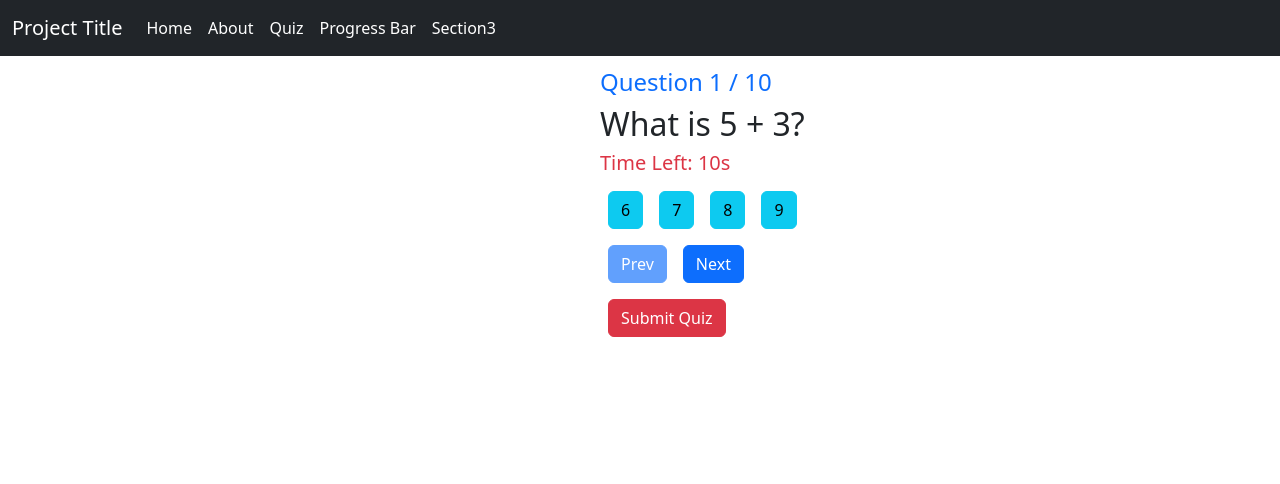
Repository: rahul-chakradhari/devquest
Page: /quiz (app in project/)
An editor plug-in stored every save of this project. The page is shown before and after the next save, followed by the edit.
The browser window is 1280 px wide. The pictures show the whole page.
The project was rebuilt for these pictures with package versions that can differ from the ones it lists, and the page was loaded fresh each time. Also part of the build but not shown: project/vite.config.js, project/src/components/Home.jsx, project/src/components/About.jsx, project/src/components/Section3.jsx, project/src/index.css.

Above is the page before, as saved 2025-02-23 15:48:02.

### project/index.html
<!DOCTYPE html>
<html lang="en">
  <head>
    <meta charset="UTF-8" />
    <link rel="icon" type="image/svg+xml" href="/vite.svg" />
    <meta name="viewport" content="width=device-width, initial-scale=1.0" />
    <title>Project</title>
    <link
      href="https://cdn.jsdelivr.net/npm/bootstrap@5.3.3/dist/css/bootstrap.min.css"
      rel="stylesheet"
      integrity="sha384-QWTKZyjpPEjISv5WaRU9OFeRpok6YctnYmDr5pNlyT2bRjXh0JMhjY6hW+ALEwIH"
      crossorigin="anonymous"
    />
  </head>
  <body>
    <div id="root"></div>
    <script type="module" src="/src/main.jsx"></script>
    <script
      src="https://cdn.jsdelivr.net/npm/bootstrap@5.3.3/dist/js/bootstrap.bundle.min.js"
      integrity="sha384-YvpcrYf0tY3lHB60NNkmXc5s9fDVZLESaAA55NDzOxhy9GkcIdslK1eN7N6jIeHz"
      crossorigin="anonymous"
    ></script>
  </body>
</html>

### project/src/App.jsx
import { useState } from "react";
import "./App.css";
import React from "react";
import { BrowserRouter as Router, Routes, Route } from "react-router-dom";
import Navbar from "./components/Navbar";
import Home from "./components/Home";
import About from "./components/About";
import Section3 from "./components/Section3";
import Quiz from "./components/Quiz";
import ProgressBar from "./components/ProgressBar";

function App() {
  const [count, setCount] = useState(0);

  return (
    <>
      <Router>
        <Navbar />
        <Routes>
          <Route path="/about" element={<About />} />
          <Route path="/" element={<Home />} />
          <Route path="/quiz" element={<Quiz />} />
          <Route path="/bar" element={<ProgressBar />} />
          <Route path="/section3" element={<Section3 />} />
        </Routes>
      </Router>
    </>
  );
}

export default App;

### project/src/App.css
.right {
  width: 900px;
  height: 400px;
}
.stl,
.welcome {
  margin-left: 600px;
}
.left {
  font-size: 12px; /* Overall text size kam hoga */
}

.welcome {
  font-size: 18px; /* Heading ke liye */
}

.stl {
  font-size: 12px; /* Description text ke liye */
}
.welcome {
  margin-top: 2px;
}

.quiz-container {
  margin-left: 600px;
  margin-top: 12px;
}
.about {
  margin-left: 12px;
  margin-top: 12px;
}

### project/src/components/Navbar.jsx
import React from "react";
import { Link, useNavigate } from "react-router-dom";

const Navbar = () => {
  const navigate = useNavigate();
  const isLoggedIn = localStorage.getItem("token"); // Check if token exists

  const handleLogout = () => {
    localStorage.removeItem("token");
    navigate("/login");
  };

  return (
    <div>
      <nav className="navbar navbar-expand-lg navbar-dark bg-dark">
        <div className="container-fluid">
          <a className="navbar-brand" href="#">
            Project Title
          </a>
          <button
            className="navbar-toggler"
            type="button"
            data-bs-toggle="collapse"
            data-bs-target="#navbarSupportedContent"
            aria-controls="navbarSupportedContent"
            aria-expanded="false"
            aria-label="Toggle navigation"
          >
            <span className="navbar-toggler-icon"></span>
          </button>
          <div className="collapse navbar-collapse" id="navbarSupportedContent">
            <ul className="navbar-nav me-auto mb-2 mb-lg-0">
              <li className="nav-item">
                <Link className="nav-link active" aria-current="page" to="/">
                  Home
                </Link>
              </li>
              <li className="nav-item">
                <Link
                  className="nav-link active"
                  aria-current="page"
                  to="/about"
                >
                  About
                </Link>
              </li>
              <li className="nav-item">
                <Link
                  className="nav-link active"
                  aria-current="page"
                  to="/quiz"
                >
                  Quiz
                </Link>
              </li>
              <li className="nav-item">
                <Link className="nav-link active" aria-current="page" to="/bar">
                  Progress Bar
                </Link>
              </li>
              <li className="nav-item">
                <Link
                  className="nav-link active"
                  aria-current="page"
                  to="/section3"
                >
                  Section3
                </Link>
              </li>
            </ul>
          </div>
        </div>
      </nav>
    </div>
  );
};

export default Navbar;

### project/src/components/Quiz.jsx
import React, { useState, useEffect } from "react";
import ProgressBar from "./ProgressBar";
const questions = [
  { question: "What is 5 + 3?", options: ["6", "7", "8", "9"], answer: "8" },
  { question: "What is 12 - 4?", options: ["6", "7", "8", "9"], answer: "8" },
  {
    question: "Solve: (2 + 3) × 4",
    options: ["20", "10", "25", "30"],
    answer: "20",
  },
  { question: "What is 9 ÷ 3?", options: ["1", "3", "9", "6"], answer: "3" },
  {
    question: "Solve: 15 - (4 + 3)",
    options: ["6", "8", "9", "12"],
    answer: "8",
  },
  {
    question: "What is 7 × 2?",
    options: ["10", "12", "14", "16"],
    answer: "14",
  },
  {
    question: "Solve: (8 + 2) ÷ 2",
    options: ["2", "4", "5", "6"],
    answer: "5",
  },
  {
    question: "What is 4 × 3 - 2?",
    options: ["10", "11", "12", "14"],
    answer: "10",
  },
  { question: "Solve: 6 + 4 ÷ 2", options: ["3", "5", "8", "10"], answer: "8" },
  { question: "What is 3²?", options: ["6", "9", "12", "15"], answer: "9" },
];

const Quiz = () => {
  const [currentQuestion, setCurrentQuestion] = useState(0);
  const [selectedAnswers, setSelectedAnswers] = useState({});
  const [timeLeft, setTimeLeft] = useState(10);
  const [score, setScore] = useState(null);
  const [showFeedback, setShowFeedback] = useState(false);

  useEffect(() => {
    if (timeLeft === 0) {
      handleNext();
      return;
    }
    const timer = setTimeout(() => setTimeLeft(timeLeft - 1), 1000);
    return () => clearTimeout(timer);
  }, [timeLeft]);

  useEffect(() => {
    setTimeLeft(15);
  }, [currentQuestion]);

  const handleNext = () => {
    if (currentQuestion < questions.length - 1) {
      setCurrentQuestion(currentQuestion + 1);
    }
  };

  const handlePrev = () => {
    if (currentQuestion > 0) {
      setCurrentQuestion(currentQuestion - 1);
    }
  };

  const handleAnswerClick = (option) => {
    setSelectedAnswers({
      ...selectedAnswers,
      [currentQuestion]: option,
    });
  };

  const handleSubmit = () => {
    let calculatedScore = 0;
    questions.forEach((q, index) => {
      if (selectedAnswers[index] === q.answer) {
        calculatedScore += 1;
      }
    });

    setScore(calculatedScore);
    setShowFeedback(true);
  };

  const getFeedback = () => {
    if (score >= 8)
      return { message: "🎉 Excellent! Keep it up!", color: "text-success" };
    if (score >= 5)
      return {
        message: "🙂 Average scorer! You can do better!",
        color: "text-warning",
      };
    return {
      message: "😟 Low grade! Please improve yourself.",
      color: "text-danger",
    };
  };

  return (
    <div className="quiz-container ">
      {score === null ? (
        <>
          <h4 className="text-primary">
            Question {currentQuestion + 1} / {questions.length}
          </h4>
          <h2>{questions[currentQuestion].question}</h2>
          <h5 className="text-danger">Time Left: {timeLeft}s</h5>

          <div className="options mt-3">
            {questions[currentQuestion].options.map((option, index) => {
              const isSelected = selectedAnswers[currentQuestion] === option;
              return (
                <button
                  key={index}
                  type="button"
                  className={`btn ${
                    isSelected ? "btn-success" : "btn-info"
                  } mx-2`}
                  onClick={() => handleAnswerClick(option)}
                >
                  {option}
                </button>
              );
            })}
          </div>

          {/* Navigation Buttons */}
          <div className="quiz-controls mt-3">
            <button
              type="button"
              className="btn btn-primary mx-2"
              onClick={handlePrev}
              disabled={currentQuestion === 0}
            >
              Prev
            </button>

            {/* Next Button - Hidden on Last Question */}
            {currentQuestion < questions.length - 1 && (
              <button
                type="button"
                className="btn btn-primary mx-2"
                onClick={handleNext}
              >
                Next
              </button>
            )}
          </div>

          {/* Always Available Submit Button */}
          <div className="submit-section mt-3">
            <button
              type="button"
              className="btn btn-danger mx-2"
              onClick={handleSubmit}
            >
              Submit Quiz
            </button>
          </div>
        </>
      ) : (
        <>
          <h2 className="text-success">Quiz Completed!</h2>
          <h3 className="text-primary">
            Your Score: {score} / {questions.length}
          </h3>
          <h4 className={getFeedback().color}>{getFeedback().message}</h4>

          <div className="feedback mt-3">
            {questions.map((q, index) => (
              <p
                key={index}
                className={`text-${
                  selectedAnswers[index] === q.answer ? "success" : "danger"
                }`}
              >
                {index + 1}. {q.question} -
                {selectedAnswers[index] === q.answer
                  ? " ✅ Correct"
                  : ` ❌ Incorrect (Correct: ${q.answer})`}
              </p>
            ))}
          </div>

          <button
            type="button"
            className="btn btn-warning mt-3"
            onClick={() => window.location.reload()}
          >
            Restart Quiz
          </button>
        </>
      )}
    </div>
  );
};

export default Quiz;

### project/src/components/ProgressBar.jsx
import React from "react";

const ProgressBar = ({ answeredQuestions, totalQuestions }) => {
  const progressPercentage = (answeredQuestions / totalQuestions) * 100;

  // Dynamic Feedback
  let feedbackMessage = "Keep Going! 🚀";
  if (progressPercentage === 100) {
    feedbackMessage = "🎉 Quiz Completed! Well Done!";
  } else if (progressPercentage >= 50) {
    feedbackMessage = "Halfway There! Keep It Up! 💪";
  }

  return (
    <div className="my-3">
      {/* Progress Info */}
      <p className="text-center text-primary">
        Submitted: {answeredQuestions} / {totalQuestions} Questions
      </p>

      {/* Progress Bar */}
      <div className="progress">
        <div
          className="progress-bar progress-bar-striped bg-success"
          role="progressbar"
          style={{ width: `${progressPercentage}%` }}
          aria-valuenow={progressPercentage}
          aria-valuemin="0"
          aria-valuemax="100"
        >
          {Math.round(progressPercentage)}%
        </div>
      </div>

      {/* Feedback Message */}
      <p className="text-center mt-2 font-weight-bold">{feedbackMessage}</p>
    </div>
  );
};

export default ProgressBar;

Loaded but not shown: project/src/main.jsx (common file)

After the next save:
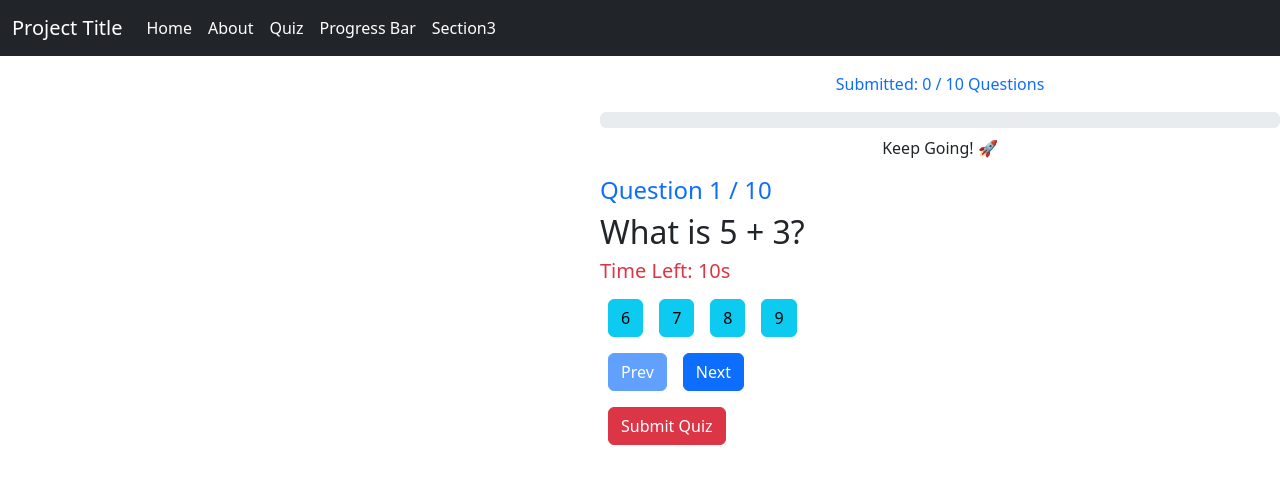
Saved 2 min 12 s later.
--- a/project/src/components/Quiz.jsx
+++ b/project/src/components/Quiz.jsx
@@ -1,5 +1,6 @@
 import React, { useState, useEffect } from "react";
 import ProgressBar from "./ProgressBar";
+
 const questions = [
   { question: "What is 5 + 3?", options: ["6", "7", "8", "9"], answer: "8" },
   { question: "What is 12 - 4?", options: ["6", "7", "8", "9"], answer: "8" },
@@ -99,7 +100,13 @@ const Quiz = () => {
   };
 
   return (
-    <div className="quiz-container ">
+    <div className="quiz-container">
+      {/* Progress Bar Showing Live Updates */}
+      <ProgressBar
+        answeredQuestions={Object.keys(selectedAnswers).length}
+        totalQuestions={questions.length}
+      />
+
       {score === null ? (
         <>
           <h4 className="text-primary">
@@ -176,7 +183,7 @@ const Quiz = () => {
                   selectedAnswers[index] === q.answer ? "success" : "danger"
                 }`}
               >
-                {index + 1}. {q.question} -
+                {index + 1}. {q.question} -{" "}
                 {selectedAnswers[index] === q.answer
                   ? " ✅ Correct"
                   : ` ❌ Incorrect (Correct: ${q.answer})`}
